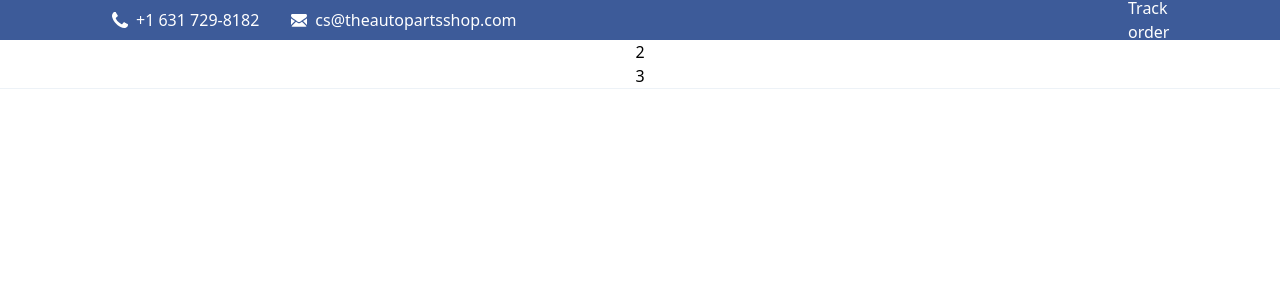
Repository: robindhimanspineor/TAPS-Next
Page: /
The author's editor kept a copy of each file at every save. The page is drawn from the files as they stood at one save, then again after the next save.
The browser window is 1280 px wide. The pictures show the whole page.
The project was rebuilt for these pictures with package versions that can differ from the ones it lists, and the page was loaded fresh each time. The framework's server and built-in components were replaced by stand-ins that run in the browser. Also part of the build but not shown: next.config.js.

Above is the page before, as saved 2021-09-16 15:51:25.

### src/pages/index.tsx
// import { useRouter } from 'next/router';

// import { Meta } from '../layout/Meta';
// import { Main } from '../templates/Main';
import Header from '../components/common/header';

const Index = () => {
  // const router = useRouter();

  return (
    // <Main
    //   meta={
    //     <Meta
    //       title="Next.js Boilerplate Presentation"
    //       description="Next js Boilerplate is the perfect starter code for your project. Build your React application with the Next.js framework."
    //     />
    //   }
    // >
    // </Main>
    <div>
      <main className="main-container block">
        <Header />
      </main>
    </div>
  );
};

export default Index;

### src/components/common/header/index.js
import PhoneHandle from '../../../svg/PhoneHandleSvg';
import MailBoxSvg from '../../../svg/MailBoxSvg';
import TrackOrderSvg from '../../../svg/TrackOrderSvg';

import topHeaderStyles from '../../../styles/top-header.module.css';

const Header = () => {
  return (
    <header className="flex flex-col items-center justify-center w-full static border-b z-50">
      <div
        className={`${topHeaderStyles.bgBlue} head-top flex justify-between py-2 pr-32 pl-28  w-full text-base`}
      >
        <div className="w-screen max-w-screen-xl flex justify-between">
          <div className="head-top-left flex text-white font-medium w-9/12">
            <div className="head-top-phone flex items-center text-white w-auto">
              <div
                className="text-white h-6 w-6 flex items-center pr-2"
                style={{ fill: '#fff' }}
              >
                <PhoneHandle />
              </div>
              <p>+1 631 729-8182</p>
            </div>
            <div className="heap-top-email flex items-center text-white w-auto ml-8">
              <div
                className="text-white h-6 w-6 flex items-center pr-2"
                style={{ fill: '#fff' }}
              >
                <MailBoxSvg />
              </div>
              <p>cs@theautopartsshop.com</p>
            </div>
          </div>
          <div className="head-top-right text-white font-medium">
            <div
              onClick={() => console.log('track order')}
              className="text-white h-6 w-6 flex items-center pr-2"
              style={{ fill: '#fff' }}
            >
              <TrackOrderSvg />
              <span className="icon_label">Track order</span>
            </div>
          </div>
        </div>
      </div>
      <div>2</div>
      <div>3</div>
    </header>
  );
};

export default Header;

### src/svg/PhoneHandleSvg.js
import React from 'react';

const PhoneHandle = () => (
  <svg
    version="1.1"
    xmlns="http://www.w3.org/2000/svg"
    xmlnsXlink="http://www.w3.org/1999/xlink"
    x="0px"
    y="0px"
    width="401.998px"
    height="401.998px"
    viewBox="0 0 401.998 401.998"
    style={{ enableBackground: 'new 0 0 401.998 401.998' }}
    xmlSpace="preserve"
    aria-label="phone handle svg"
  >
    <g>
      <path
        d="M401.129,311.475c-1.137-3.426-8.371-8.473-21.697-15.129c-3.61-2.098-8.754-4.949-15.41-8.566
		c-6.662-3.617-12.709-6.95-18.13-9.996c-5.432-3.045-10.521-5.995-15.276-8.846c-0.76-0.571-3.139-2.234-7.136-5
		c-4.001-2.758-7.375-4.805-10.14-6.14c-2.759-1.327-5.473-1.995-8.138-1.995c-3.806,0-8.56,2.714-14.268,8.135
		c-5.708,5.428-10.944,11.324-15.7,17.706c-4.757,6.379-9.802,12.275-15.126,17.7c-5.332,5.427-9.713,8.138-13.135,8.138
		c-1.718,0-3.86-0.479-6.427-1.424c-2.566-0.951-4.518-1.766-5.858-2.423c-1.328-0.671-3.607-1.999-6.845-4.004
		c-3.244-1.999-5.048-3.094-5.428-3.285c-26.075-14.469-48.438-31.029-67.093-49.676c-18.649-18.658-35.211-41.019-49.676-67.097
		c-0.19-0.381-1.287-2.19-3.284-5.424c-2-3.237-3.333-5.518-3.999-6.854c-0.666-1.331-1.475-3.283-2.425-5.852
		s-1.427-4.709-1.427-6.424c0-3.424,2.713-7.804,8.138-13.134c5.424-5.327,11.326-10.373,17.7-15.128
		c6.379-4.755,12.275-9.991,17.701-15.699c5.424-5.711,8.136-10.467,8.136-14.273c0-2.663-0.666-5.378-1.997-8.137
		c-1.332-2.765-3.378-6.139-6.139-10.138c-2.762-3.997-4.427-6.374-4.999-7.139c-2.852-4.755-5.799-9.846-8.848-15.271
		c-3.049-5.424-6.377-11.47-9.995-18.131c-3.615-6.658-6.468-11.799-8.564-15.415C98.986,9.233,93.943,1.997,90.516,0.859
		C89.183,0.288,87.183,0,84.521,0c-5.142,0-11.85,0.95-20.129,2.856c-8.282,1.903-14.799,3.899-19.558,5.996
		c-9.517,3.995-19.604,15.605-30.264,34.826C4.863,61.566,0.01,79.271,0.01,96.78c0,5.135,0.333,10.131,0.999,14.989
		c0.666,4.853,1.856,10.326,3.571,16.418c1.712,6.09,3.093,10.614,4.137,13.56c1.045,2.948,2.996,8.229,5.852,15.845
		c2.852,7.614,4.567,12.275,5.138,13.988c6.661,18.654,14.56,35.307,23.695,49.964c15.03,24.362,35.541,49.539,61.521,75.521
		c25.981,25.98,51.153,46.49,75.517,61.526c14.655,9.134,31.314,17.032,49.965,23.698c1.714,0.568,6.375,2.279,13.986,5.141
		c7.614,2.854,12.897,4.805,15.845,5.852c2.949,1.048,7.474,2.43,13.559,4.145c6.098,1.715,11.566,2.905,16.419,3.576
		c4.856,0.657,9.853,0.996,14.989,0.996c17.508,0,35.214-4.856,53.105-14.562c19.219-10.656,30.826-20.745,34.823-30.269
		c2.102-4.754,4.093-11.273,5.996-19.555c1.909-8.278,2.857-14.985,2.857-20.126C401.99,314.814,401.703,312.819,401.129,311.475z"
      />
    </g>
    <g />
    <g />
    <g />
    <g />
    <g />
    <g />
    <g />
    <g />
    <g />
    <g />
    <g />
    <g />
    <g />
    <g />
    <g />
  </svg>
);

export default PhoneHandle;

### src/svg/MailBoxSvg.js
import React from 'react';

const MailBoxSvg = () => (
  <svg
    version="1.1"
    xmlns="http://www.w3.org/2000/svg"
    xmlnsXlink="http://www.w3.org/1999/xlink"
    x="0px"
    y="0px"
    width="550.795px"
    height="550.795px"
    viewBox="0 0 550.795 550.795"
    style={{ enableBackground: 'new 0 0 550.795 550.795' }}
    xmlSpace="preserve"
    aria-label="mail box"
  >
    <g>
      <g>
        <path
          d="M501.613,491.782c12.381,0,23.109-4.088,32.229-12.16L377.793,323.567c-3.744,2.681-7.373,5.288-10.801,7.767
			c-11.678,8.604-21.156,15.318-28.434,20.129c-7.277,4.822-16.959,9.737-29.045,14.755c-12.094,5.024-23.361,7.528-33.813,7.528
			h-0.306h-0.306c-10.453,0-21.72-2.503-33.813-7.528c-12.093-5.018-21.775-9.933-29.045-14.755
			c-7.277-4.811-16.75-11.524-28.434-20.129c-3.256-2.387-6.867-5.006-10.771-7.809L16.946,479.622
			c9.119,8.072,19.854,12.16,32.234,12.16H501.613z"
        />
        <path
          d="M31.047,225.299C19.37,217.514,9.015,208.598,0,198.555V435.98l137.541-137.541
			C110.025,279.229,74.572,254.877,31.047,225.299z"
        />
        <path
          d="M520.059,225.299c-41.865,28.336-77.447,52.73-106.75,73.195l137.486,137.492V198.555
			C541.98,208.396,531.736,217.306,520.059,225.299z"
        />
        <path
          d="M501.613,59.013H49.181c-15.784,0-27.919,5.33-36.42,15.979C4.253,85.646,0.006,98.97,0.006,114.949
			c0,12.907,5.636,26.892,16.903,41.959c11.267,15.061,23.256,26.891,35.961,35.496c6.965,4.921,27.969,19.523,63.012,43.801
			c18.917,13.109,35.368,24.535,49.505,34.395c12.05,8.396,22.442,15.667,31.022,21.701c0.985,0.691,2.534,1.799,4.59,3.269
			c2.215,1.591,5.018,3.61,8.476,6.107c6.659,4.816,12.191,8.709,16.597,11.683c4.4,2.975,9.731,6.298,15.985,9.988
			c6.249,3.685,12.143,6.456,17.675,8.299c5.533,1.842,10.655,2.766,15.367,2.766h0.306h0.306c4.711,0,9.834-0.924,15.368-2.766
			c5.531-1.843,11.42-4.608,17.674-8.299c6.248-3.69,11.572-7.02,15.986-9.988c4.406-2.974,9.938-6.866,16.598-11.683
			c3.451-2.497,6.254-4.517,8.469-6.102c2.057-1.476,3.605-2.577,4.596-3.274c6.684-4.651,17.1-11.892,31.104-21.616
			c25.482-17.705,63.01-43.764,112.742-78.281c14.957-10.447,27.453-23.054,37.496-37.803c10.025-14.749,15.051-30.22,15.051-46.408
			c0-13.525-4.873-25.098-14.598-34.737C526.461,63.829,514.932,59.013,501.613,59.013z"
        />
      </g>
    </g>
    <g />
    <g />
    <g />
    <g />
    <g />
    <g />
    <g />
    <g />
    <g />
    <g />
    <g />
    <g />
    <g />
    <g />
    <g />
  </svg>
);

export default MailBoxSvg;

### src/svg/TrackOrderSvg.js
import React from 'react';

const TrackOrderSvg = () => (
    <svg xmlns="http://www.w3.org/2000/svg"
        version="1.1"
        id="Layer_1"
        x="0px"
        y="0px"
        viewBox="0 0 28 28"
        style={{ enableBackground: "new 0 0 28 28" }}>

        <circle id="Ellipse_2" fill="#D9433E" cx="14" cy="14" r="14" />
        <path id="Icon_material-location-on" fill="#FFFFFF" d="M14,5.9c-3.1,0-5.7,2.5-5.7,5.7c0,0,0,0,0,0c0,4.3,5.7,10.5,5.7,10.5  s5.7-6.3,5.7-10.5C19.7,8.4,17.1,5.9,14,5.9C14,5.9,14,5.9,14,5.9z M14,13.6c-1.1,0-2-0.9-2-2c0-1.1,0.9-2,2-2c1.1,0,2,0.9,2,2l0,0  C16,12.7,15.1,13.6,14,13.6z" />
    </svg>
);

export default TrackOrderSvg;

### src/styles/top-header.module.css
.bgBlue {
  background-color: #3d5b99;
}

Loaded but not shown: src/pages/_app.tsx (common file); src/pages/_document.tsx (common file); src/styles/main.css (common file); src/utils/AppConfig.ts (common file); tailwind.config.js (common file)

After the next save:
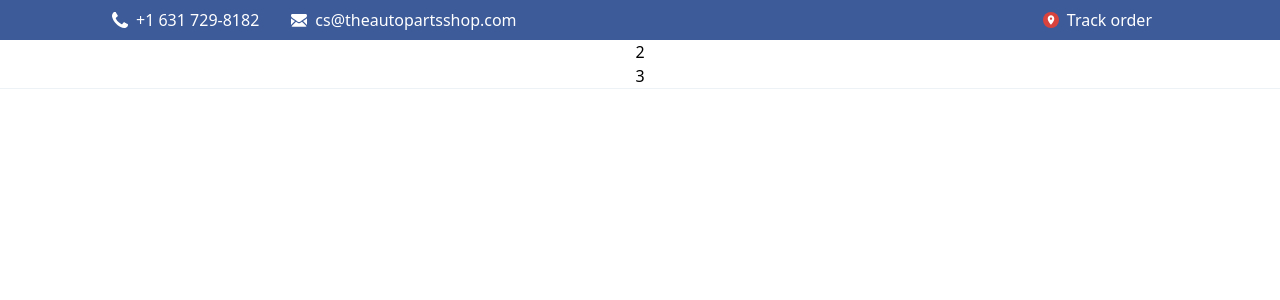
Saved 80 s later.
--- a/src/components/common/header/index.js
+++ b/src/components/common/header/index.js
@@ -32,13 +32,22 @@ const Header = () => {
             </div>
           </div>
           <div className="head-top-right text-white font-medium">
-            <div
+            {/* <div
               onClick={() => console.log('track order')}
               className="text-white h-6 w-6 flex items-center pr-2"
               style={{ fill: '#fff' }}
             >
               <TrackOrderSvg />
               <span className="icon_label">Track order</span>
+            </div> */}
+            <div className="head-top-track-order flex items-center text-white w-auto">
+              <div
+                className="text-white h-6 w-6 flex items-center pr-2"
+                style={{ fill: '#fff' }}
+              >
+                <TrackOrderSvg />
+              </div>
+              <p>Track order</p>
             </div>
           </div>
         </div>
